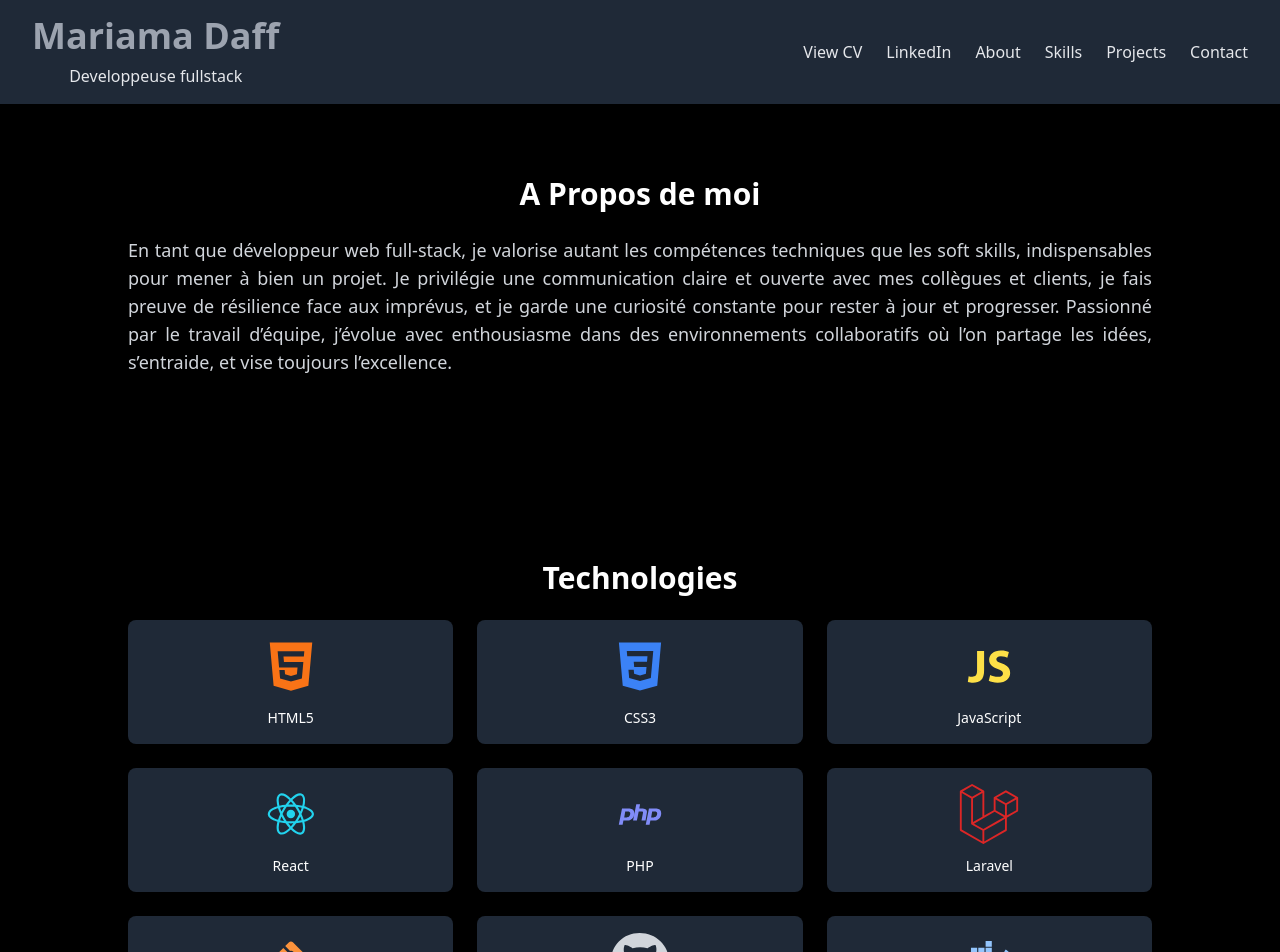
Repository: mariamdaff/Projets_Perso
Page: / (app in mon_portfolio/)
The author's editor kept a copy of each file at every save. The page is drawn from the files as they stood at one save, then again after the next save.
The browser window is 1280 px wide. The pictures show the part of the page from y = 0 to 952 px (the page is 2583 px tall).
The project was rebuilt for these pictures with package versions that can differ from the ones it lists, and the page was loaded fresh each time. Also part of the build but not shown: mon_portfolio/vite.config.js.

Above is the page before, as saved 2025-04-23 14:39:59.

After the next save:
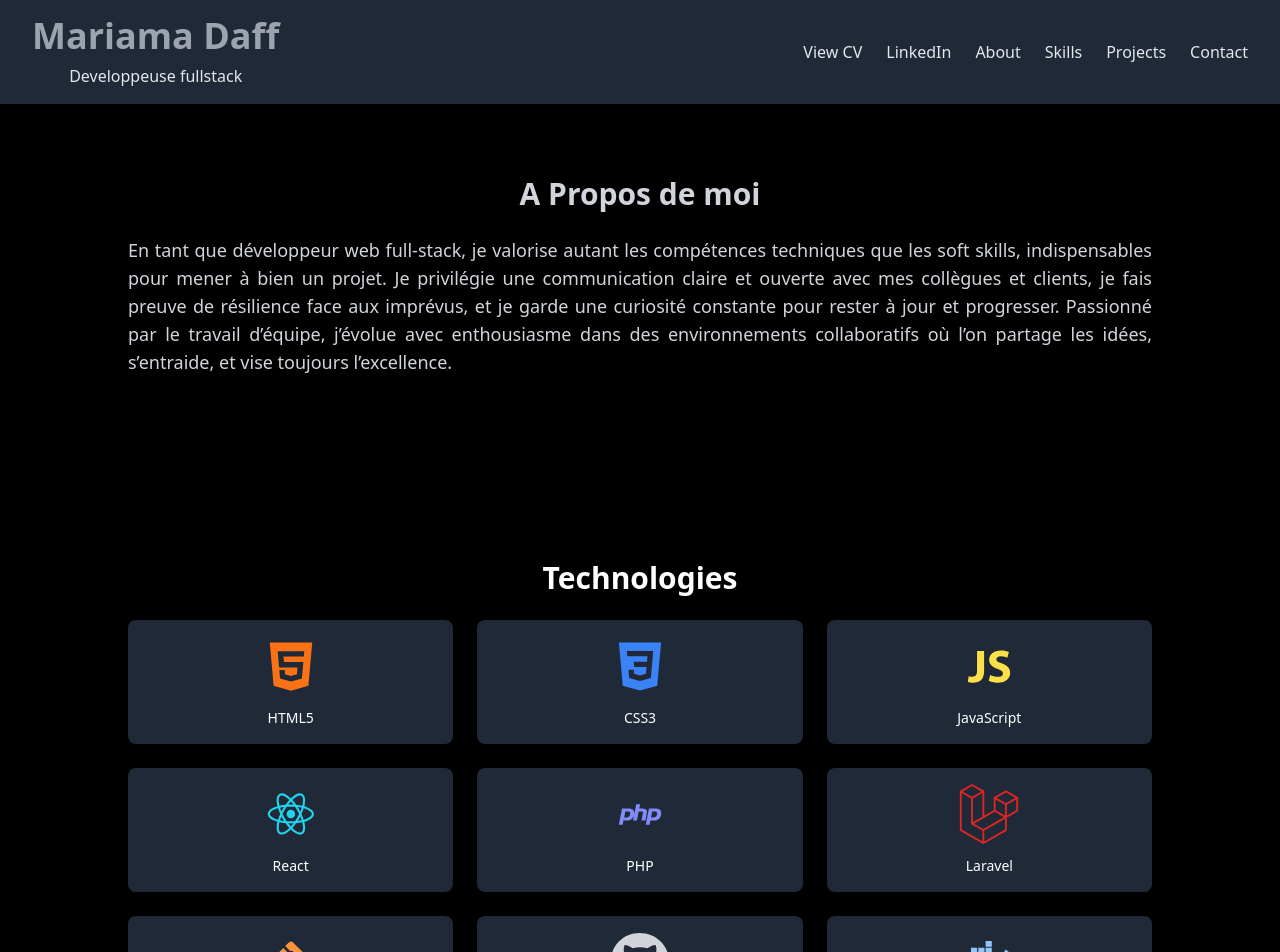
Saved 41 s later.
--- a/mon_portfolio/src/components/A_Propos/APropos.jsx
+++ b/mon_portfolio/src/components/A_Propos/APropos.jsx
@@ -2,7 +2,7 @@
 const APropos = () =>{
     return(
         <section className="text-center py-12 max-w-5xl mx-auto">
-        <h2 className="text-3xl font-semibold mb-6">A Propos de moi</h2>
+        <h2 className="text-3xl font-semibold mb-6 text-gray-300">A Propos de moi</h2>
        <p className="text-lg text-gray-300 mb-8 text-justify">En tant que développeur web full-stack, je valorise autant les compétences techniques que les soft skills,
          indispensables pour mener à bien un projet. Je privilégie une communication claire et ouverte avec mes collègues et clients,
           je fais preuve de résilience face aux imprévus, et je garde une curiosité constante pour rester à jour et progresser.
